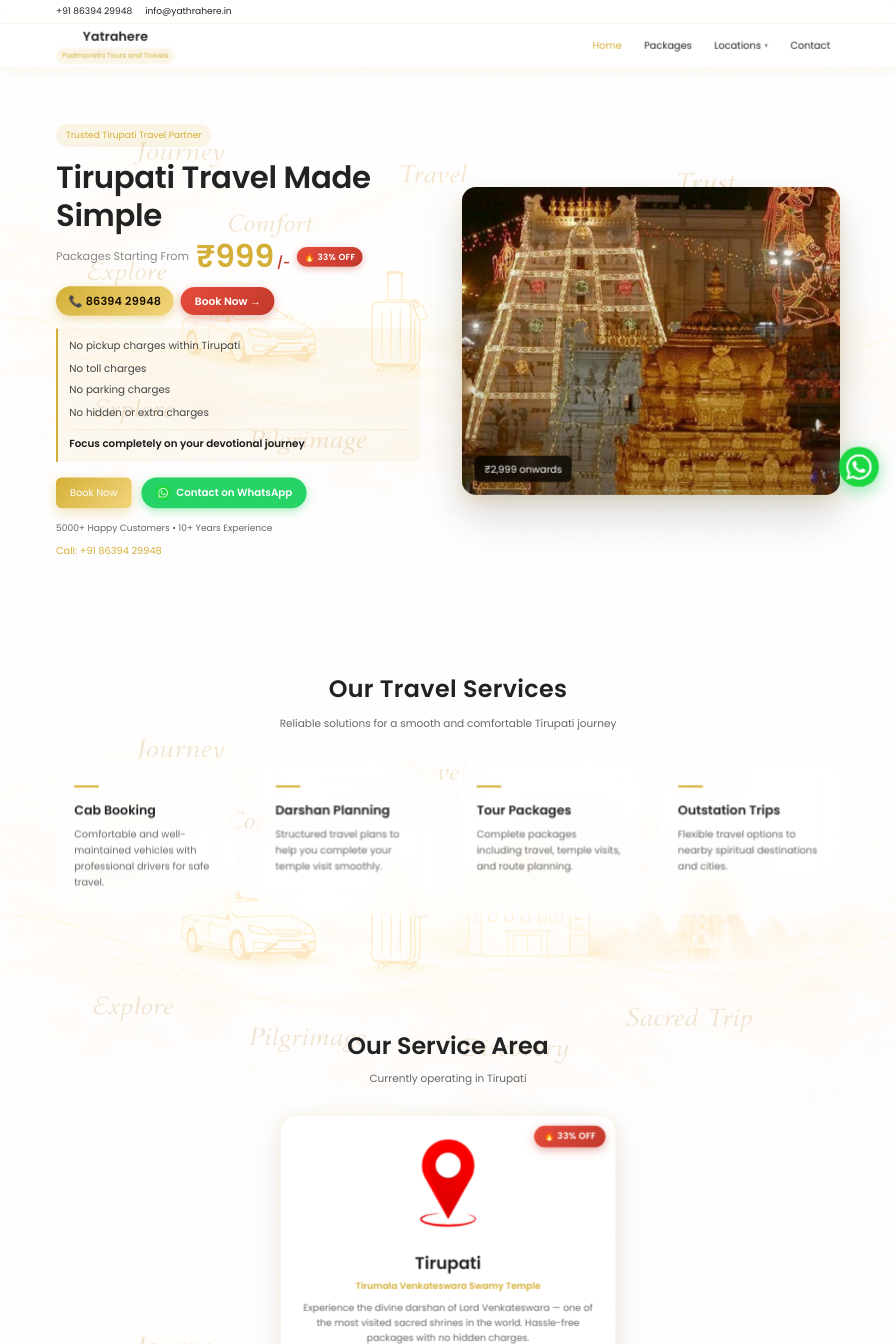
Repository: heytirupati/Bookingweb
Page: index.html
The author's editor kept a copy of each file at every save. The page is drawn from the files as they stood at one save, then again after a run of saves.
The browser window is 1280 px wide. The pictures show the part of the page from y = 0 to 1920 px (the page is 5361 px tall before and 5338 px after), at 70% of full size.
Backgrounds fixed to the window are drawn as part of the page.

Above is the page before, as saved 2026-04-29 15:25:39.

### index.html
<!DOCTYPE html>
<html lang="en">
<head>
    <meta charset="UTF-8">
    <meta name="viewport" content="width=device-width, initial-scale=1.0">

    <title>Tirupati Packages & Cab Services | Yatrahere</title>
    <meta name="description" content="Affordable Tirupati darshan packages with reliable cab services, no hidden charges, and smooth travel planning. Book your Tirupati journey with Yatrahere.">
    <meta name="keywords" content="Tirupati packages, Tirumala darshan, Tirupati cab service, temple travel, Tirupati tours">

    <link href="https://fonts.googleapis.com/css2?family=Poppins:wght@300;400;600&display=swap" rel="stylesheet">
    <link rel="stylesheet" href="css/style.css">
</head>
<body>

<!-- TOP BAR -->
<section class="top-bar">
    <div class="container">
        <div class="top-left">
            <span>+91 86394 29948</span>
            <span>info@yathrahere.in</span>
        </div>
    </div>
</section>

<!-- NAVBAR -->
<header class="navbar">
    <div class="container">
        <div class="logo">
            <a href="index.html" class="logo-link">
                <h2>Yatrahere</h2>
                <div class="hero-badge nav-badge">
                    Padmavathi Tours and Travels
                </div>
            </a>
        </div>
        <div class="menu-toggle" id="menuToggle">☰</div>
        <nav class="nav-menu" id="navMenu">
            <ul>
                <li><a href="index.html" class="active">Home</a></li>
                <li><a href="tirupathi.html">Packages</a></li>

                <li class="has-dropdown">
                    <button class="nav-trigger">Locations <span class="nav-caret">▾</span></button>
                    <div class="nav-dropdown">
                        <a href="tirupathi.html">
                            <span class="nav-dropdown-text">
                                <strong>Tirupati</strong>
                                <span>Darshan · Packages</span>
                            </span>
                        </a>
                    </div>
                </li>

                <li><a href="index.html#contact">Contact</a></li>
            </ul>
        </nav>
    </div>
</header>

<!-- HERO -->
<section class="hero">
    <div class="container hero-container">

        <div class="hero-left">

            <div class="hero-badge">Trusted Tirupati Travel Partner</div>

            <h1>Tirupati Travel Made Simple</h1>

            <div class="hero-price-highlight">
    <div style="width:100%; display:flex; align-items:center; gap:10px; flex-wrap:wrap; margin-bottom:6px;">
        <span class="hero-price-from">Packages Starting From</span>
        <span class="hero-price-amount">₹999<span class="hero-price-only">/-</span></span>
        <span class="hero-discount-badge">🔥 33% OFF</span>
    </div>
    <div style="width:100%; display:flex; align-items:center; gap:10px; flex-wrap:wrap; margin-top:4px;">
        <a href="tel:+918639429948" class="hero-phone-pill">📞 86394 29948</a>
        <a href="booking.html" class="hero-book-now-pill">Book Now →</a>
    </div>
</div>

            <div class="hero-perks">
                <div class="hero-perk-item">
                    <span>No pickup charges within Tirupati</span>
                </div>
                <div class="hero-perk-item">
                    <span>No toll charges</span>
                </div>
                <div class="hero-perk-item">
                    <span>No parking charges</span>
                </div>
                <div class="hero-perk-item">
                    <span>No hidden or extra charges</span>
                </div>
                <div class="hero-perk-item hero-perk-highlight">
                    <span>Focus completely on your devotional journey</span>
                </div>
            </div>

            <div class="hero-buttons">
                <a href="booking.html" class="btn btn-primary">Book Now</a>
                <a href="https://wa.me/918639429948" target="_blank" class="booking-wa-pill"><img src="images/whatsapplogo.png" alt="WhatsApp" class="wa-btn-icon"> Contact on WhatsApp</a>
            </div>

            <div class="hero-trust">5000+ Happy Customers • 10+ Years Experience</div>
            <div class="hero-call">Call: +91 86394 29948</div>
        </div>

        <div class="hero-right">
            <div class="carousel">
                <img src="images/t1.jpg" class="active" alt="Tirupati Temple">
                <img src="images/t2.jpg" alt="Tirupati Darshan">
                <img src="images/t3.jpg" alt="Tirupati Travel">
                <div class="hero-price">₹2,999 onwards</div>
            </div>
        </div>

    </div>
</section>

<!-- SERVICES -->
<section class="services">
    <div class="container">
        <div class="section-header">
            <h2 class="services-title">Our Travel Services</h2>
            <p class="section-subtext">Reliable solutions for a smooth and comfortable Tirupati journey</p>
        </div>
        <div class="service-cards">

            <div class="service-card">
                <div class="service-top-line"></div>
                <h3>Cab Booking</h3>
                <p>Comfortable and well-maintained vehicles with professional drivers for safe travel.</p>
            </div>

            <div class="service-card">
                <div class="service-top-line"></div>
                <h3>Darshan Planning</h3>
                <p>Structured travel plans to help you complete your temple visit smoothly.</p>
            </div>

            <div class="service-card">
                <div class="service-top-line"></div>
                <h3>Tour Packages</h3>
                <p>Complete packages including travel, temple visits, and route planning.</p>
            </div>

            <div class="service-card">
                <div class="service-top-line"></div>
                <h3>Outstation Trips</h3>
                <p>Flexible travel options to nearby spiritual destinations and cities.</p>
            </div>

        </div>
    </div>
</section>

<!-- LOCATIONS -->
<section class="locations" id="locations">
    <div class="container">
        <div class="section-header">
            <h2 class="locations-title">Our Service Area</h2>
            <p class="locations-subtext">Currently operating in Tirupati</p>
        </div>
        <div class="location-cards">
            <div class="location-card-rich">
                <div class="location-card-body">
                    <div class="location-card-icon"><img src="images/location.png" alt="Tirupati"></div>
                    <span class="location-offer-badge" style="display:inline-block;margin-bottom:10px;">🔥 33% OFF</span>
                    <h3>Tirupati</h3>
                    <p class="location-card-sub">Tirumala Venkateswara Swamy Temple</p>
                    <p class="location-card-desc">Experience the divine darshan of Lord Venkateswara — one of the most visited sacred shrines in the world. Hassle-free packages with no hidden charges.</p>
                    <div class="location-card-price">
                        <span class="location-old-price">₹1,499</span>
                        <span class="location-new-price">₹999/-</span>
                    </div>
                    <a href="tirupathi.html" class="btn btn-primary location-book-btn">Book Now — 33% Off</a>
                </div>
            </div>
        </div>
    </div>
</section>

<!-- POPULAR PACKAGES -->
<section class="packages" id="packages">
    <div class="container">
        <div class="section-header">
            <h2 class="packages-title">Popular Packages</h2>
            <p class="section-subtext">Choose from our most booked travel options</p>
        </div>

        <div class="package-cards" id="popularPackageCards"></div>

        <div style="text-align:center; margin-top:30px;">
            <a href="tirupathi.html#packages" class="btn btn-outline">View All Packages</a>
        </div>
    </div>
</section>

<!-- SPIRITUAL JOURNEY -->
<section class="spiritual-journey">
    <div class="container">
        <div class="section-header">
            <h2 class="spiritual-title">Spiritual Destinations</h2>
            <p class="spiritual-subtext">Sacred places known for devotion and inner peace</p>
        </div>

        <div class="spiritual-wrapper">
            <div class="spiritual-track">

                <div class="spiritual-item">
                    <div class="spiritual-image"><img src="images/tirumalatemple.png" alt="Tirupati Temple"></div>
                    <div class="spiritual-content">
                        <h3>Tirupati</h3>
                        <p>Home to the Tirumala Venkateswara Temple, one of the most visited pilgrimage sites known for divine blessings and spiritual significance.</p>
                    </div>
                </div>

                <div class="spiritual-item">
                    <div class="spiritual-image"><img src="images/tiruvannamalai.jpg" alt="Tiruvannamalai"></div>
                    <div class="spiritual-content">
                        <h3>Tiruvannamalai</h3>
                        <p>A sacred destination dedicated to Lord Shiva, known for the Arunachala hill and the spiritual practice of Girivalam.</p>
                    </div>
                </div>

            </div>
        </div>
    </div>
</section>

<!-- TESTIMONIALS -->
<section class="testimonials">
    <div class="container">
        <h2>Customer Reviews</h2>

        <div class="testimonial-wrapper">
            <div class="testimonial-track">

                <!-- ORIGINAL SET -->
                <div class="testimonial-card">
                    <p>Very smooth darshan experience with timely pickup and well-organized service.</p>
                    <h4>Ramesh Kumar</h4><span>Tirupati Package</span>
                </div>

                <div class="testimonial-card">
                    <p>Comfortable journey and excellent driver support throughout the trip.</p>
                    <h4>Suresh Reddy</h4><span>Tirumala Visit</span>
                </div>

                <div class="testimonial-card">
                    <p>Simple booking process and a peaceful travel experience. Highly recommended.</p>
                    <h4>Anita Sharma</h4><span>Complete Experience</span>
                </div>

                <div class="testimonial-card">
                    <p>Driver was polite and guided us properly for darshan. Hassle-free journey.</p>
                    <h4>Mahesh Babu</h4><span>Family Trip</span>
                </div>

                <div class="testimonial-card">
                    <p>Good pricing with no hidden charges. Everything was clearly explained.</p>
                    <h4>Priya Nair</h4><span>One Day Package</span>
                </div>

                <div class="testimonial-card">
                    <p>Vehicle was clean and comfortable. Perfect for elderly parents.</p>
                    <h4>Venkatesh Rao</h4><span>Senior Travel</span>
                </div>

                <div class="testimonial-card">
                    <p>On-time pickup and smooth coordination. Very professional service.</p>
                    <h4>Karthik Reddy</h4><span>Darshan Ride</span>
                </div>

                <div class="testimonial-card">
                    <p>Booking was super easy and support team responded quickly.</p>
                    <h4>Sneha Patel</h4><span>Online Booking</span>
                </div>

                <div class="testimonial-card">
                    <p>Best travel experience in Tirupati. Will definitely book again.</p>
                    <h4>Rahul Verma</h4><span>Repeat Customer</span>
                </div>

                <div class="testimonial-card">
                    <p>Well planned itinerary and smooth execution. Totally worth it.</p>
                    <h4>Divya Sharma</h4><span>2-Day Yatra</span>
                </div>


                <!-- DUPLICATE SET (FOR INFINITE LOOP) -->
                <div class="testimonial-card">
                    <p>Very smooth darshan experience with timely pickup and well-organized service.</p>
                    <h4>Ramesh Kumar</h4><span>Tirupati Package</span>
                </div>

                <div class="testimonial-card">
                    <p>Comfortable journey and excellent driver support throughout the trip.</p>
                    <h4>Suresh Reddy</h4><span>Tirumala Visit</span>
                </div>

                <div class="testimonial-card">
                    <p>Simple booking process and a peaceful travel experience. Highly recommended.</p>
                    <h4>Anita Sharma</h4><span>Complete Experience</span>
                </div>

                <div class="testimonial-card">
                    <p>Driver was polite and guided us properly for darshan. Hassle-free journey.</p>
                    <h4>Mahesh Babu</h4><span>Family Trip</span>
                </div>

                <div class="testimonial-card">
                    <p>Good pricing with no hidden charges. Everything was clearly explained.</p>
                    <h4>Priya Nair</h4><span>One Day Package</span>
                </div>

                <div class="testimonial-card">
                    <p>Vehicle was clean and comfortable. Perfect for elderly parents.</p>
                    <h4>Venkatesh Rao</h4><span>Senior Travel</span>
                </div>

                <div class="testimonial-card">
                    <p>On-time pickup and smooth coordination. Very professional service.</p>
                    <h4>Karthik Reddy</h4><span>Darshan Ride</span>
                </div>

                <div class="testimonial-card">
                    <p>Booking was super easy and support team responded quickly.</p>
                    <h4>Sneha Patel</h4><span>Online Booking</span>
                </div>

                <div class="testimonial-card">
                    <p>Best travel experience in Tirupati. Will definitely book again.</p>
                    <h4>Rahul Verma</h4><span>Repeat Customer</span>
                </div>

                <div class="testimonial-card">
                    <p>Well planned itinerary and smooth execution. Totally worth it.</p>
                    <h4>Divya Sharma</h4><span>2-Day Yatra</span>
                </div>

            </div>
        </div>
    </div>
</section>

<!-- CTA -->
<section class="cta">
    <div class="container">
        <div class="cta-box">
            <div class="cta-badge">🎉 Limited Time Offer — 33% OFF</div>
            <h2>Plan Your Tirupati Journey Today</h2>
            <p class="cta-subtext">Join 5000+ devotees who've trusted us for a peaceful, hassle-free darshan experience. No hidden charges. Professional drivers. Pure devotion.</p>
            <div class="cta-price-strip">
                <span class="cta-old">₹1,499</span>
                <span class="cta-new">₹999/-</span>
                <span class="cta-save">You save ₹500!</span>
            </div>
            <div class="cta-buttons">
                <a href="booking.html" class="btn btn-primary">🙏 Book Now</a>
                <a href="https://wa.me/918639429948" target="_blank" class="booking-wa-pill"><img src="images/whatsapplogo.png" alt="WhatsApp" class="wa-btn-icon"> WhatsApp Us</a>
            </div>
            <p class="cta-phone-line">Or call us directly: <a href="tel:+918639429948">+91 86394 29948</a></p>
        </div>
    </div>
</section>

<!-- FOOTER -->
<footer class="footer" id="contact">
    <div class="container">

        <div class="footer-col">
            <h3>Yatrahere</h3>
            <p>Reliable Tirupati travel services</p>
            <p class="footer-domain"><a href="https://yatra.in" target="_blank">yatra.in</a></p>
        </div>

        <div class="footer-col">
            <h4>Quick Links</h4>
            <ul>
                <li><a href="index.html">Home</a></li>
                <li><a href="#packages">Packages</a></li>
            </ul>
        </div>

        <div class="footer-col">
            <h4>Contact</h4>
            <p>+91 86394 29948</p>
            <p>info@yathrahere.in</p>
        </div>

    </div>

    <div class="footer-bottom">
        <p>Powered by <strong>Padmavathi Tours and Travels</strong></p>
    </div>
</footer>

<a href="https://wa.me/918639429948" class="whatsapp-float" target="_blank" aria-label="Chat on WhatsApp"><img src="images/whatsapplogo.png" alt="WhatsApp"></a>

<script src="js/packages-data.js"></script>
<script src="js/script.js"></script>

</body>
</html>

Loaded but not shown: js/script.js (638 lines, source omitted); js/Packages-data.js (482 lines, source omitted); css/style.css (1910 lines, source omitted)

After the next 2 saves:
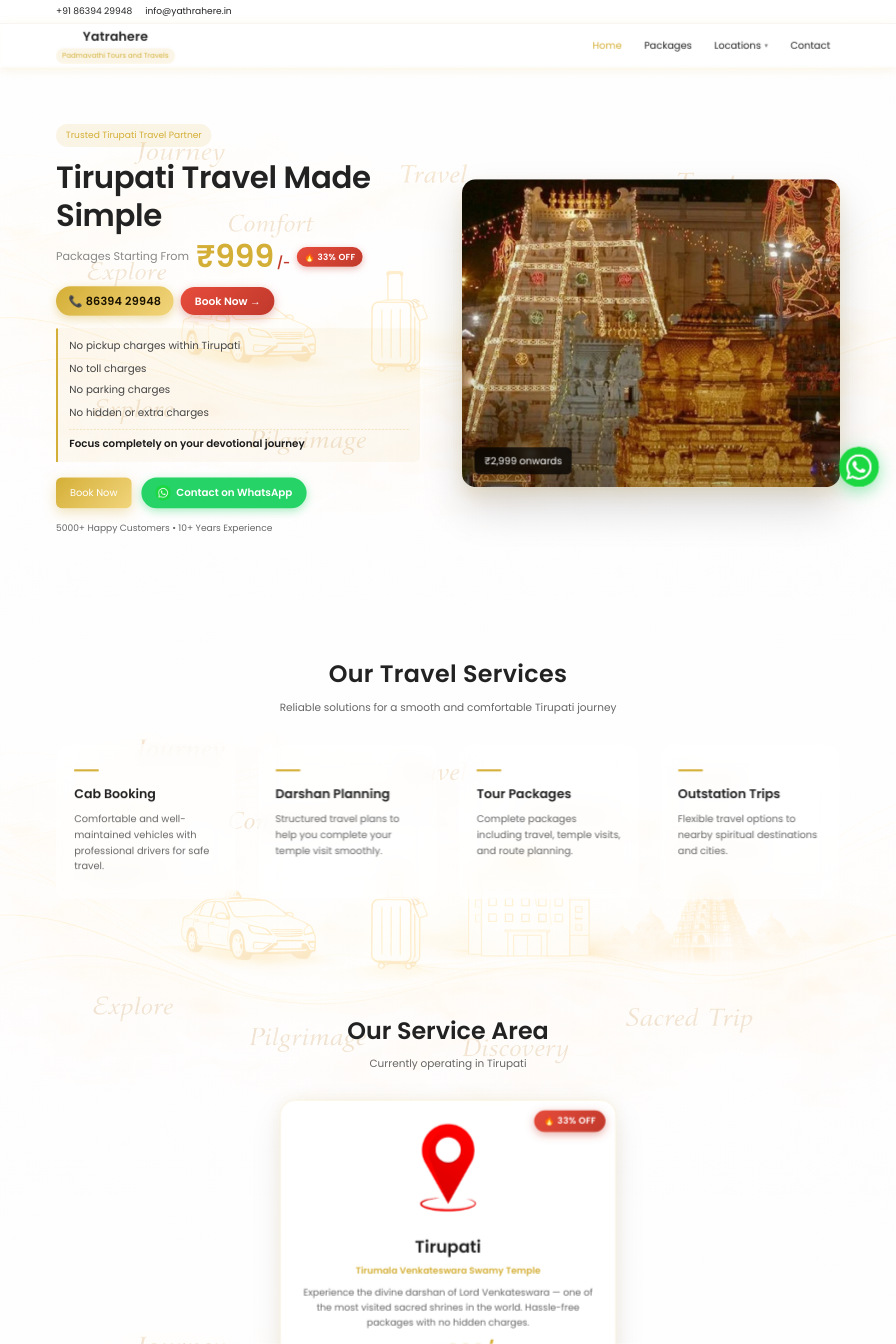
The 2 saves are shown as one change because they came seconds apart.
The last was saved 62 s later.
--- a/index.html
+++ b/index.html
@@ -104,7 +104,7 @@
             </div>
 
             <div class="hero-trust">5000+ Happy Customers • 10+ Years Experience</div>
-            <div class="hero-call">Call: +91 86394 29948</div>
+            <!-- <div class="hero-call">Call: +91 86394 29948</div> -->
         </div>
 
         <div class="hero-right">
